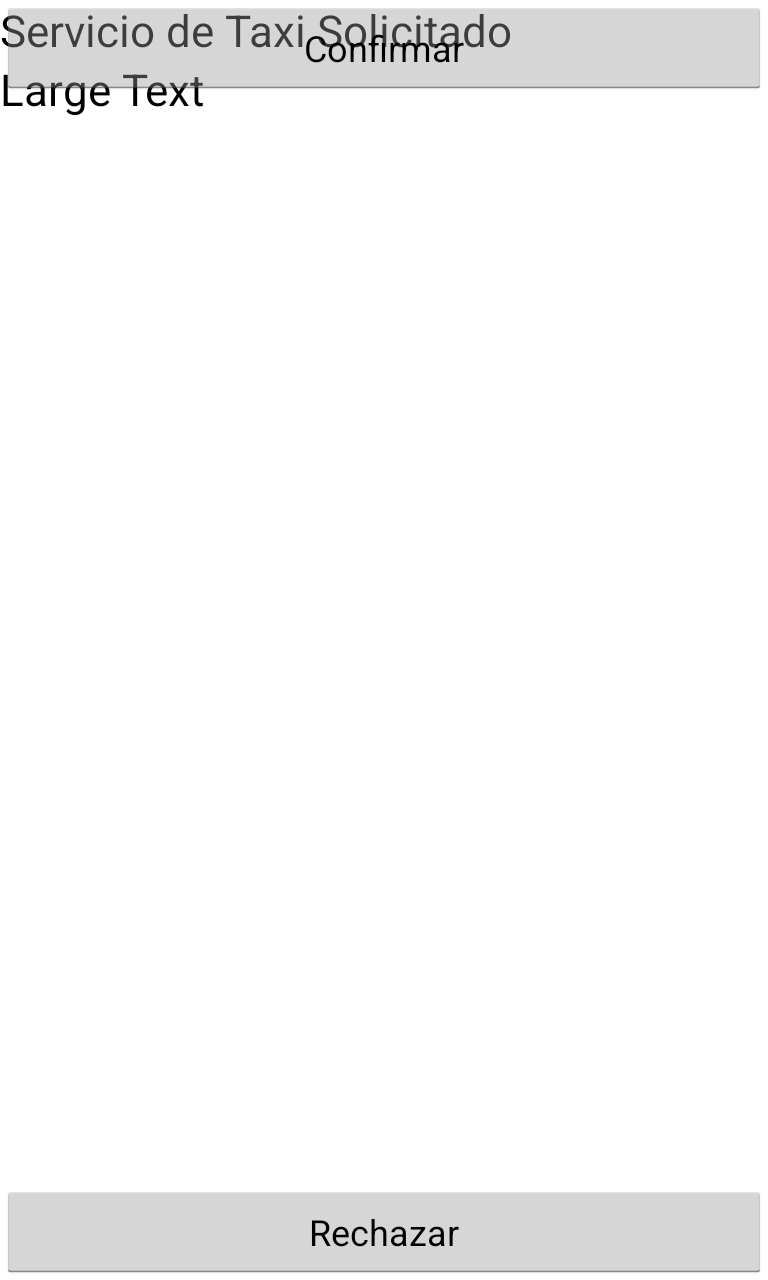
Repository: fernandohur/moviles
Layout: ClienteTaxista/res/layout/activity_confirmar_servicio.xml
These files come from the project's save history. The layout is drawn as it stood at one moment and after the next save; the edit follows.
It is drawn on a 768 x 1280 px phone screen (xhdpi) without system bars, with theme AppTheme; the app's code is not run.

Above is the layout before, as saved 2013-03-07 14:14:21.

After the next save:
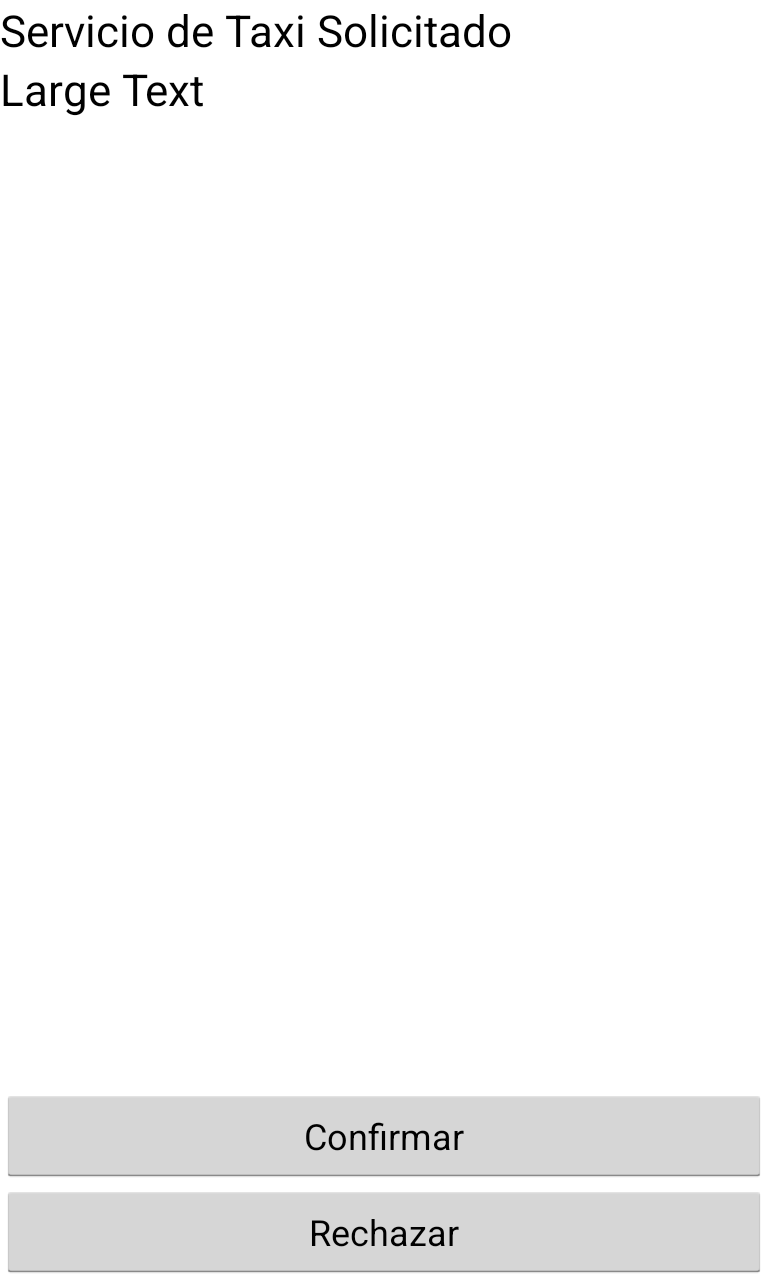
Saved 10 s later.
--- a/ClienteTaxista/res/layout/activity_confirmar_servicio.xml
+++ b/ClienteTaxista/res/layout/activity_confirmar_servicio.xml
@@ -35,7 +35,7 @@
         android:id="@+id/btnConfirmar"
         android:layout_width="wrap_content"
         android:layout_height="wrap_content"
-        android:layout_above="@+id/button2"
+        android:layout_above="@+id/btnRechazar"
         android:layout_alignParentLeft="true"
         android:layout_alignParentRight="true"
         android:text="Confirmar" />
